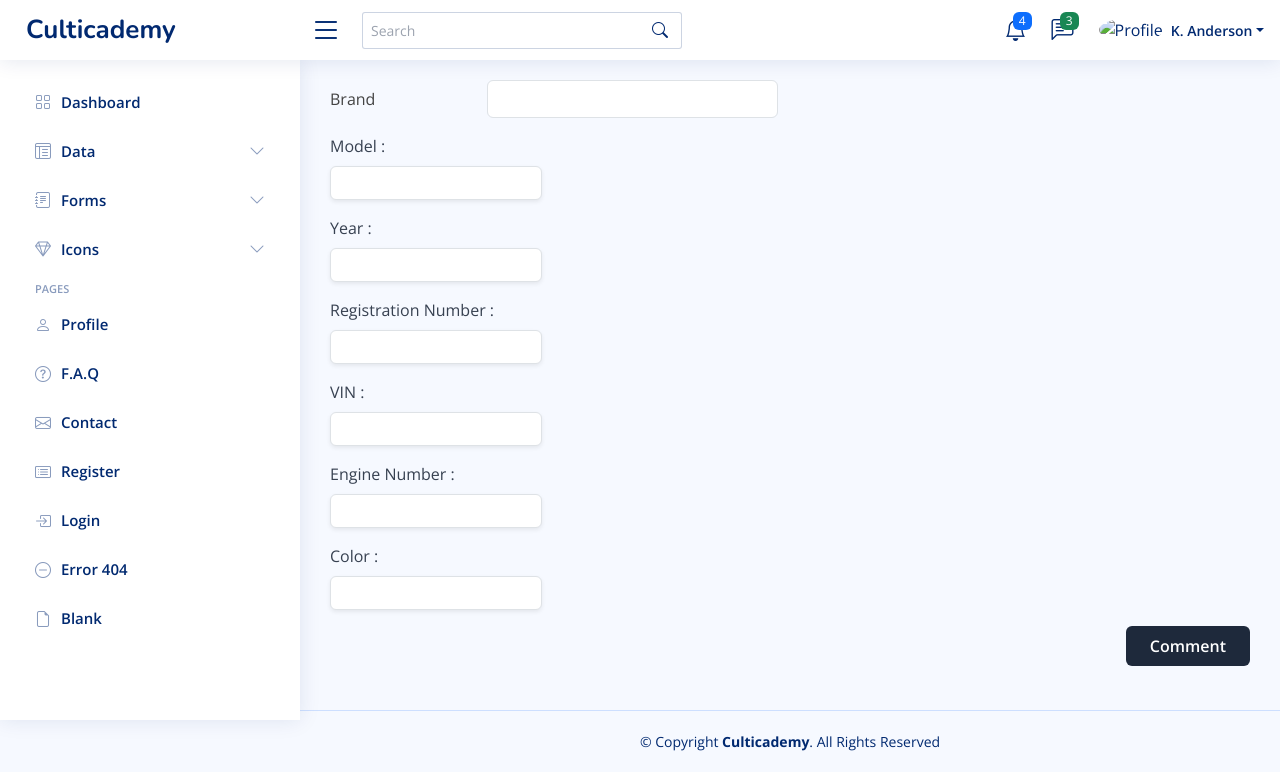
Repository: Jistoper/car_rental
Page: http://localhost/create
An editor plug-in stored every save of this project. The page is shown before and after the next save, followed by the edit.
The browser window is 1280 px wide. The pictures show the whole page.
The page is served by the project's Laravel application, run on PHP 8.4 with Laravel 9. Other server files are loaded and not shown. Style sheets and scripts are compiled from the project's sources, by tool versions that may differ from the author's.

Above is the page before, as saved 2023-06-22 14:21:14.

### routes/web.php
<?php

use Illuminate\Support\Facades\Route;
use App\Http\Controllers\carcontroller;

/*
|--------------------------------------------------------------------------
| Web Routes
|--------------------------------------------------------------------------
|
| Here is where you can register web routes for your application. These
| routes are loaded by the RouteServiceProvider within a group which
| contains the "web" middleware group. Now create something great!
|
*/

Route::get('/dashboard', function () {
    return view('backsite.dashboard');
})->name('dashboard');

Route::controller(CarController::class)->as('car.')->group(function(){
    Route::get('/car', 'getall')->name('getall');
    Route::get('/create', 'create')->name('create');
    Route::post('/create', 'store')->name('store');
});

### app/Http/Controllers/carcontroller.php
<?php

namespace App\Http\Controllers;

use Illuminate\Http\Request;
use Illuminate\Support\Facades\Http;
use Illuminate\Support\Facades\View;


class CarController extends Controller
{
    public function getall()
    {
        $response = Http::get('http://localhost:8080/api/cars');
        $cars = json_decode($response, true);

        return view('backsite.content.car.cartable', ['Cars' => $cars['Cars']]);
    }

    public function getbyid()
    {

    }

    public function create()
    {
        return View('backsite.content.car.createcar');
    }

    public function storeCar()
    {
        $data = [
            "brand" => "Toyota",
            "model" => "Avanza",
            "year" => 2022,
            "registration_number" => "AB123CD",
            "vin" => "1HGCM82633A123456",
            "engine_number" => "ENG123456789",
            "color" => "Black",
            "is_available" => true
        ];

        $token = "Bearer eyJhbGciOiJIUzI1NiIsInR5cCI6IkpXVCJ9.eyJleHAiOjE2ODkxNjgwMjMsInN1YiI6InRlc3QxMiJ9.-ezLSqJzIuUbum_p1NXeInNHkG953SP_4fMdbOgrlUo"; // Replace with your actual auth token

        $response = Http::withHeaders([
            "Authorization" => $token,
            "Content-Type" => "application/json",
        ])->post('http://localhost:8080/api/cars', $data);
    }

    public function update()
    {

    }

    public function delete()
    {

    }
}

### resources/views/backsite/content/car/createcar.blade.php
@extends('backsite.dashboard')

@section('content')

<div>
    <form action="{{ route('car.store') }}" method="POST" class="mb-4">
        @csrf
        <div class="row mb-3">
            <label for="inputText" class="col-sm-2 col-form-label">Brand</label>
            <div class="col-sm-4">
                <input type="text" name="brand" id="brand" class="form-control @error('brand') border-red-500 @enderror" value="{{ old('brand') }}">
            </div>
        </div>
        <div class="mb-3">
            <label class="block text-gray-700 mb-2" for="message">
                Model :
            </label>
            <div>
                <input type="text" name="model" id="model" class="p-1 form-input rounded-md shadow-sm border border-gray-300 @error('model') border-red-500 @enderror" value="{{ old('model') }}">
            </div>
        </div>
        <div class="mb-3">
            <label class="block text-gray-700 mb-2" for="message">
                Year :
            </label>
            <div>
                <input type="text" name="year" id="year" class="p-1 form-input rounded-md shadow-sm border border-gray-300 @error('year') border-red-500 @enderror" value="{{ old('year') }}">
            </div>
        </div>
        <div class="mb-3">
            <label class="block text-gray-700 mb-2" for="message">
                Registration Number :
            </label>
            <div>
                <input type="text" name="registration_number" id="registration_number" class="p-1 form-input rounded-md shadow-sm border border-gray-300 @error('registration_number') border-red-500 @enderror" value="{{ old('registration_number') }}">
            </div>
        </div>
        <div class="mb-3">
            <label class="block text-gray-700 mb-2" for="message">
                VIN :
            </label>
            <div>
                <input type="text" name="vin" id="vin" class="p-1 form-input rounded-md shadow-sm border border-gray-300 @error('vin') border-red-500 @enderror" value="{{ old('vin') }}">
            </div>
        </div>
        <div class="mb-3">
            <label class="block text-gray-700 mb-2" for="message">
                Engine Number :
            </label>
            <div>
                <input type="text" name="engine_number" id="engine_number" class="p-1 form-input rounded-md shadow-sm border border-gray-300 @error('engine_number') border-red-500 @enderror" value="{{ old('engine_number') }}">
            </div>
        </div>
        <div class="mb-3">
            <label class="block text-gray-700 mb-2" for="message">
                Color :
            </label>
            <div>
            <input type="text" name="color" id="color" class="p-1 form-input rounded-md shadow-sm border border-gray-300 @error('color') border-red-500 @enderror" value="{{ old('color') }}">
            </div>
        </div>
        <div class="flex items-center justify-end">
            <button class="flex items-center space-x-1 bg-slate-800 hover:bg-slate-700 text-white font-semibold py-2 px-4 rounded" onclick="getContent()" type="submit">
                <span>
                    Comment
                </span>
            </button>
        </div>
    </form>
</div>

@endsection

### resources/views/backsite/partials/sidebar.blade.php
<aside id="sidebar" class="sidebar">

    <ul class="sidebar-nav" id="sidebar-nav">

      <li class="nav-item">
        <a class="nav-link collapsed" href="{{ route('dashboard') }}">
          <i class="bi bi-grid"></i>
          <span>Dashboard</span>
        </a>
      </li><!-- End Dashboard Nav -->

      <li class="nav-item">
        <a class="nav-link collapsed" data-bs-target="#tables-nav" data-bs-toggle="collapse" href="#">
          <i class="bi bi-layout-text-window-reverse"></i><span>Data</span><i class="bi bi-chevron-down ms-auto"></i>
        </a>
        <ul id="tables-nav" class="nav-content collapse " data-bs-parent="#sidebar-nav">
          <li>
            <a href="{{ route('car.getall') }}">
              <i class="bi bi-circle"></i><span>Cars</span>
            </a>
          </li>
          <li>
            <a href="{{ route('dashboard') }}">
              <i class="bi bi-circle"></i><span>Data Tables</span>
            </a>
          </li>
        </ul>
      </li><!-- End Tables Nav -->

      <li class="nav-item">
        <a class="nav-link collapsed" data-bs-target="#forms-nav" data-bs-toggle="collapse" href="#">
          <i class="bi bi-journal-text"></i><span>Forms</span><i class="bi bi-chevron-down ms-auto"></i>
        </a>
        <ul id="forms-nav" class="nav-content collapse " data-bs-parent="#sidebar-nav">
          <li>
            <a href="forms-elements.html">
              <i class="bi bi-circle"></i><span>Form Elements</span>
            </a>
          </li>
          <li>
            <a href="forms-layouts.html">
              <i class="bi bi-circle"></i><span>Form Layouts</span>
            </a>
          </li>
          <li>
            <a href="forms-editors.html">
              <i class="bi bi-circle"></i><span>Form Editors</span>
            </a>
          </li>
          <li>
            <a href="forms-validation.html">
              <i class="bi bi-circle"></i><span>Form Validation</span>
            </a>
          </li>
        </ul>
      </li><!-- End Forms Nav -->

      <li class="nav-item">
        <a class="nav-link collapsed" data-bs-target="#icons-nav" data-bs-toggle="collapse" href="#">
          <i class="bi bi-gem"></i><span>Icons</span><i class="bi bi-chevron-down ms-auto"></i>
        </a>
        <ul id="icons-nav" class="nav-content collapse " data-bs-parent="#sidebar-nav">
          <li>
            <a href="icons-bootstrap.html">
              <i class="bi bi-circle"></i><span>Bootstrap Icons</span>
            </a>
          </li>
          <li>
            <a href="icons-remix.html">
              <i class="bi bi-circle"></i><span>Remix Icons</span>
            </a>
          </li>
          <li>
            <a href="icons-boxicons.html">
              <i class="bi bi-circle"></i><span>Boxicons</span>
            </a>
          </li>
        </ul>
      </li><!-- End Icons Nav -->

      <li class="nav-heading">Pages</li>

      <li class="nav-item">
        <a class="nav-link collapsed" href="users-profile.html">
          <i class="bi bi-person"></i>
          <span>Profile</span>
        </a>
      </li><!-- End Profile Page Nav -->

      <li class="nav-item">
        <a class="nav-link collapsed" href="pages-faq.html">
          <i class="bi bi-question-circle"></i>
          <span>F.A.Q</span>
        </a>
      </li><!-- End F.A.Q Page Nav -->

      <li class="nav-item">
        <a class="nav-link collapsed" href="pages-contact.html">
          <i class="bi bi-envelope"></i>
          <span>Contact</span>
        </a>
      </li><!-- End Contact Page Nav -->

      <li class="nav-item">
        <a class="nav-link collapsed" href="pages-register.html">
          <i class="bi bi-card-list"></i>
          <span>Register</span>
        </a>
      </li><!-- End Register Page Nav -->

      <li class="nav-item">
        <a class="nav-link collapsed" href="pages-login.html">
          <i class="bi bi-box-arrow-in-right"></i>
          <span>Login</span>
        </a>
      </li><!-- End Login Page Nav -->

      <li class="nav-item">
        <a class="nav-link collapsed" href="pages-error-404.html">
          <i class="bi bi-dash-circle"></i>
          <span>Error 404</span>
        </a>
      </li><!-- End Error 404 Page Nav -->

      <li class="nav-item">
        <a class="nav-link collapsed" href="pages-blank.html">
          <i class="bi bi-file-earmark"></i>
          <span>Blank</span>
        </a>
      </li><!-- End Blank Page Nav -->

    </ul>

  </aside><!-- End Sidebar-->

### public/assets/simple-datatables/style.css
.datatable-wrapper.no-header .datatable-container {
	border-top: 1px solid #d9d9d9;
}

.datatable-wrapper.no-footer .datatable-container {
	border-bottom: 1px solid #d9d9d9;
}

.datatable-top,
.datatable-bottom {
	padding: 8px 10px;
}

.datatable-top > nav:first-child,
.datatable-top > div:first-child,
.datatable-bottom > nav:first-child,
.datatable-bottom > div:first-child {
	float: left;
}

.datatable-top > nav:last-child,
.datatable-top > div:last-child,
.datatable-bottom > nav:last-child,
.datatable-bottom > div:last-child {
	float: right;
}

.datatable-selector {
	padding: 6px;
}

.datatable-input {
	padding: 6px 12px;
}

.datatable-info {
	margin: 7px 0;
}

/* PAGER */
.datatable-pagination ul {
	margin: 0;
	padding-left: 0;
}

.datatable-pagination li {
	list-style: none;
	float: left;
}

.datatable-pagination li.datatable-hidden {
    visibility: hidden;
}

.datatable-pagination a {
	border: 1px solid transparent;
	float: left;
	margin-left: 2px;
	padding: 6px 12px;
	position: relative;
	text-decoration: none;
	color: #333;
    cursor: pointer;
}

.datatable-pagination a:hover {
	background-color: #d9d9d9;
}

.datatable-pagination .datatable-active a,
.datatable-pagination .datatable-active a:focus,
.datatable-pagination .datatable-active a:hover {
	background-color: #d9d9d9;
	cursor: default;
}

.datatable-pagination .datatable-ellipsis a,
.datatable-pagination .datatable-disabled a,
.datatable-pagination .datatable-disabled a:focus,
.datatable-pagination .datatable-disabled a:hover {
    pointer-events: none;
    cursor: default;
}

.datatable-pagination .datatable-disabled a,
.datatable-pagination .datatable-disabled a:focus,
.datatable-pagination .datatable-disabled a:hover {
	cursor: not-allowed;
	opacity: 0.4;
}

.datatable-pagination .datatable-pagination a {
	font-weight: bold;
}

/* TABLE */
.datatable-table {
	max-width: 100%;
	width: 100%;
	border-spacing: 0;
	border-collapse: separate;
}

.datatable-table > tbody > tr > td,
.datatable-table > tbody > tr > th,
.datatable-table > tfoot > tr > td,
.datatable-table > tfoot > tr > th,
.datatable-table > thead > tr > td,
.datatable-table > thead > tr > th {
	vertical-align: top;
	padding: 8px 10px;
}

.datatable-table > thead > tr > th {
	vertical-align: bottom;
	text-align: left;
	border-bottom: 1px solid #d9d9d9;
}

.datatable-table > tfoot > tr > th {
	vertical-align: bottom;
	text-align: left;
	border-top: 1px solid #d9d9d9;
}

.datatable-table th {
	vertical-align: bottom;
	text-align: left;
}

.datatable-table th a {
	text-decoration: none;
	color: inherit;
}

.datatable-sorter, .datatable-filter {
	display: inline-block;
	height: 100%;
	position: relative;
	width: 100%;
}

.datatable-sorter::before,
.datatable-sorter::after {
	content: "";
	height: 0;
	width: 0;
	position: absolute;
	right: 4px;
	border-left: 4px solid transparent;
	border-right: 4px solid transparent;
	opacity: 0.2;
}


.datatable-sorter::before {
	border-top: 4px solid #000;
	bottom: 0px;
}

.datatable-sorter::after {
	border-bottom: 4px solid #000;
	border-top: 4px solid transparent;
	top: 0px;
}

.datatable-ascending .datatable-sorter::after,
.datatable-descending .datatable-sorter::before,
.datatable-ascending .datatable-filter::after,
.datatable-descending .datatable-filter::before {
	opacity: 0.6;
}

.datatable-filter::before {
    content: "";
    position: absolute;
    right: 4px;
    opacity: 0.2;
    width: 0;
    height: 0;
    border-left: 7px solid transparent;
    border-right: 7px solid transparent;
	border-radius: 50%;
    border-top: 10px solid #000;
    top: 25%;
}

.datatable-filter-active .datatable-filter::before {
    opacity: 0.6;
}

.datatable-empty {
	text-align: center;
}

.datatable-top::after, .datatable-bottom::after {
	clear: both;
	content: " ";
	display: table;
}

table.datatable-table:focus tr.datatable-cursor > td:first-child {
	border-left: 3px blue solid;
}

table.datatable-table:focus {
	outline: solid 1px black;
    outline-offset: -1px;
}

Loaded but not shown: app/Http/Controllers/Controller.php (common file); public/assets/bootstrap/css/bootstrap.min.css (library); public/assets/bootstrap-icons/bootstrap-icons.css (library); public/assets/boxicons/css/boxicons.min.css (library); public/assets/apexcharts/apexcharts.min.js (library); public/assets/bootstrap/js/bootstrap.bundle.min.js (library); public/assets/chart.js/chart.umd.js (library); public/assets/echarts/echarts.min.js (library); public/assets/quill/quill.min.js (library); public/assets/simple-datatables/simple-datatables.js (library); public/assets/tinymce/tinymce.min.js (library); resources/css/app.css (common file); public/js/main.js (321 lines, source omitted); public/assets/php-email-form/validate.js (85 lines, source omitted); tailwind.config.js (26 lines, source omitted); public/assets/remixicon/remixicon.css (2526 lines, source omitted); resources/views/backsite/dashboard.blade.php (741 lines, source omitted); public/assets/quill/quill.bubble.css (952 lines, source omitted); public/assets/quill/quill.snow.css (945 lines, source omitted); public/css/style.css (1233 lines, source omitted); resources/views/backsite/partials/header.blade.php (225 lines, source omitted)

After the next save:
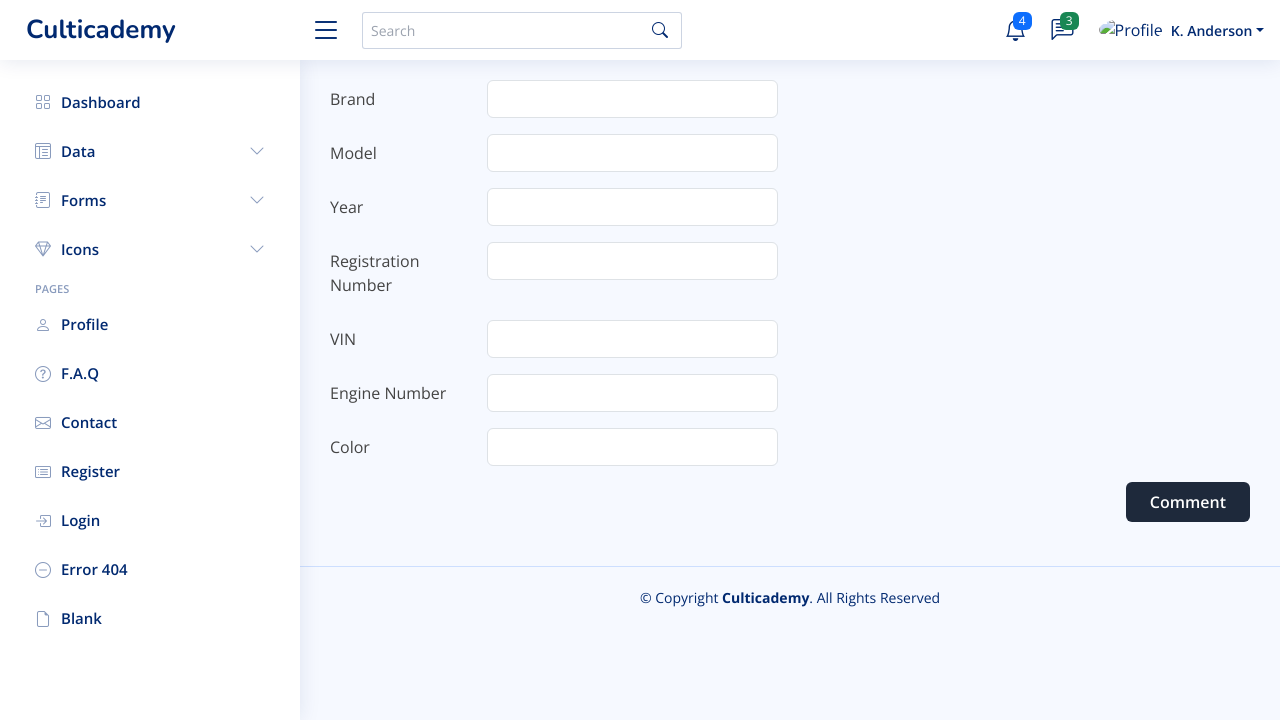
Saved 3 min 12 s later.
--- a/resources/views/backsite/content/car/createcar.blade.php
+++ b/resources/views/backsite/content/car/createcar.blade.php
@@ -11,52 +11,40 @@
                 <input type="text" name="brand" id="brand" class="form-control @error('brand') border-red-500 @enderror" value="{{ old('brand') }}">
             </div>
         </div>
-        <div class="mb-3">
-            <label class="block text-gray-700 mb-2" for="message">
-                Model :
-            </label>
-            <div>
-                <input type="text" name="model" id="model" class="p-1 form-input rounded-md shadow-sm border border-gray-300 @error('model') border-red-500 @enderror" value="{{ old('model') }}">
+        <div class="row mb-3">
+            <label for="inputText" class="col-sm-2 col-form-label">Model</label>
+            <div class="col-sm-4">
+                <input type="text" name="model" id="model" class="form-control @error('model') border-red-500 @enderror" value="{{ old('model') }}">
             </div>
         </div>
-        <div class="mb-3">
-            <label class="block text-gray-700 mb-2" for="message">
-                Year :
-            </label>
-            <div>
-                <input type="text" name="year" id="year" class="p-1 form-input rounded-md shadow-sm border border-gray-300 @error('year') border-red-500 @enderror" value="{{ old('year') }}">
+        <div class="row mb-3">
+            <label for="inputText" class="col-sm-2 col-form-label">Year</label>
+            <div class="col-sm-4">
+                <input type="text" name="year" id="year" class="form-control @error('year') border-red-500 @enderror" value="{{ old('year') }}">
             </div>
         </div>
-        <div class="mb-3">
-            <label class="block text-gray-700 mb-2" for="message">
-                Registration Number :
-            </label>
-            <div>
-                <input type="text" name="registration_number" id="registration_number" class="p-1 form-input rounded-md shadow-sm border border-gray-300 @error('registration_number') border-red-500 @enderror" value="{{ old('registration_number') }}">
+        <div class="row mb-3">
+            <label for="inputText" class="col-sm-2 col-form-label">Registration Number</label>
+            <div class="col-sm-4">
+                <input type="text" name="registration_number" id="registration_number" class="form-control @error('registration_number') border-red-500 @enderror" value="{{ old('registration_number') }}">
             </div>
         </div>
-        <div class="mb-3">
-            <label class="block text-gray-700 mb-2" for="message">
-                VIN :
-            </label>
-            <div>
-                <input type="text" name="vin" id="vin" class="p-1 form-input rounded-md shadow-sm border border-gray-300 @error('vin') border-red-500 @enderror" value="{{ old('vin') }}">
+        <div class="row mb-3">
+            <label for="inputText" class="col-sm-2 col-form-label">VIN</label>
+            <div class="col-sm-4">
+                <input type="text" name="vin" id="vin" class="form-control @error('vin') border-red-500 @enderror" value="{{ old('vin') }}">
             </div>
         </div>
-        <div class="mb-3">
-            <label class="block text-gray-700 mb-2" for="message">
-                Engine Number :
-            </label>
-            <div>
-                <input type="text" name="engine_number" id="engine_number" class="p-1 form-input rounded-md shadow-sm border border-gray-300 @error('engine_number') border-red-500 @enderror" value="{{ old('engine_number') }}">
+        <div class="row mb-3">
+            <label for="inputText" class="col-sm-2 col-form-label">Engine Number</label>
+            <div class="col-sm-4">
+                <input type="text" name="engine_number" id="engine_number" class="form-control @error('engine_number') border-red-500 @enderror" value="{{ old('engine_number') }}">
             </div>
         </div>
-        <div class="mb-3">
-            <label class="block text-gray-700 mb-2" for="message">
-                Color :
-            </label>
-            <div>
-            <input type="text" name="color" id="color" class="p-1 form-input rounded-md shadow-sm border border-gray-300 @error('color') border-red-500 @enderror" value="{{ old('color') }}">
+        <div class="row mb-3">
+            <label for="inputText" class="col-sm-2 col-form-label">Color</label>
+            <div class="col-sm-4">
+                <input type="text" name="color" id="color" class="form-control @error('color') border-red-500 @enderror" value="{{ old('color') }}">
             </div>
         </div>
         <div class="flex items-center justify-end">
